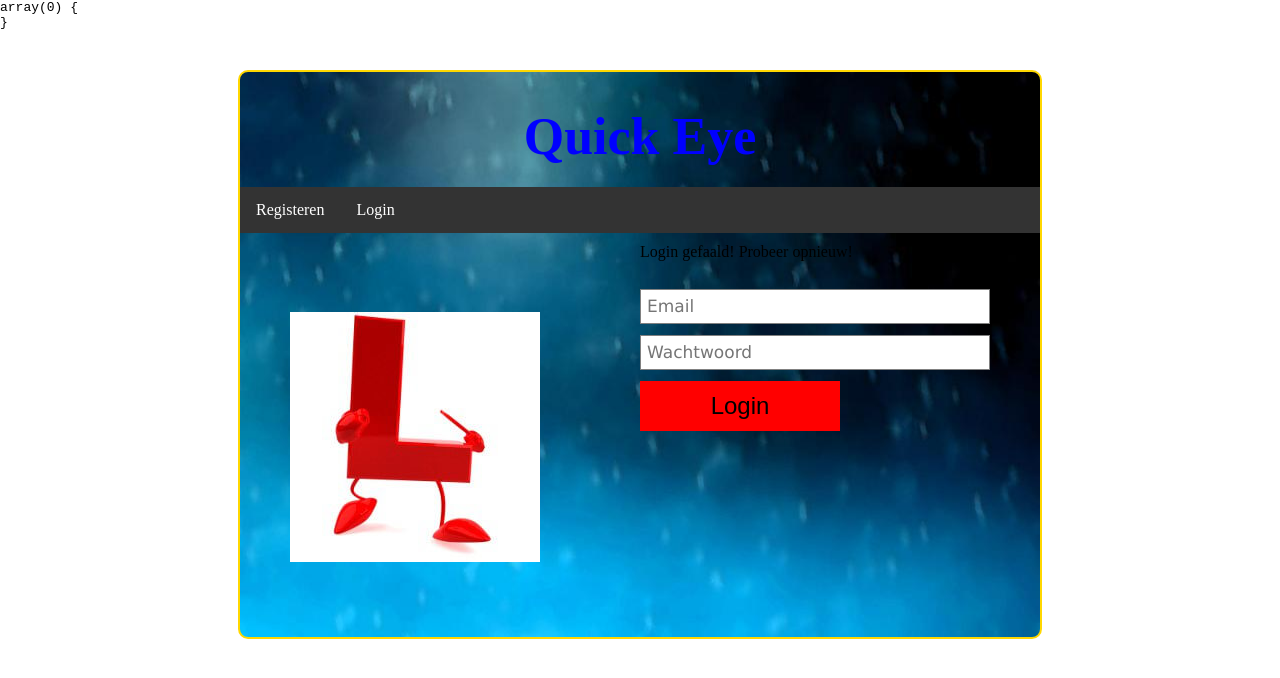
Repository: Julian-4A5A/quickeye
Page: http://localhost/login/Login.php
The author's editor kept a record of every edit. The page is drawn from the files as they stood at one moment, then again after the next edit.
The browser window is 1280 px wide. The pictures show the whole page.
Some web libraries are served in a nearby version. The page is run by PHP 8.4 with error messages shown; the project is at /var/www/html/.

Above is the page before.

### workspace/login/Login.php

<?php
    echo "<pre>";
    var_dump($_POST);
    echo "</pre>";


if(isset($_POST['Login'])) {


    $con = mysqli_connect("localhost", "julianvd000", "", "User");

    $EM = $_POST['Email'];
    $PW = $_POST['Password'];


    $result = $con->query("SELECT * FROM User where Email='$EM'");

    $row = $result->fetch_assoc();

    var_dump($row);





    session_start();

    $_SESSION['Voornaam'] = $row['Fname'];

    header('Location: Account.php');
}
else {

    session_start();
    $_SESSION['LogInFail'] = 'Yes';
}





?>
<!DOCTYPE html>
<html>
    <head>
        <style type="text/css">
            .LeftBody{
                width: 350px;
                float: left;
                height: 400px;
                background-image: url("back2.jpg");
                background-repeat:no-repeat;
                background-position: center;
            }

        </style>
        <link rel="stylesheet" href="Master.css" type="text/css" />
        <link rel="stylesheet" href="Menu.css" type="text/css" />
        <script type="text/javascript" src="http://ajax.googleapis.com/ajax/libs/jquery/1.2.6/jquery.js"></script>
        <title>Login</title>
    </head>
    <body>
        <div class="Container">
            <div class="Header"><h1 class="H1">Quick Eye</h1></div>
            <div class="Menu">
                <nav>
                  <div>
                    <ul>

                      <li><a href="Register.php">Registeren</a></li>
                      <li><a href="Login.php">Login</a></li>
                    </ul>
                  </div>
                </nav>

            </div>
            <div class="LeftBody"></div>
            <div class="RightBody">
                <form action="" method="post" name="Form1" id="Form1">
                    <?php if(isset($_SESSION['LogInFail'])){?>
                     <div class="FormElement">Login gefaald! Probeer opnieuw!</div>
                     <?php }?>
                    <div class="FormElement">
                    <input type="text" name="Email" required="required " class="TField" id="Email" placeholder="Email " />
                    </div>
                    <div class="FormElement">
                    <input type="password" name="Password" required="required " class="TField" id="Password" placeholder="Wachtwoord "/>
                    </div>
                    <div class="FormElement">
                    <input type="submit" type="button" name="Login" value="Login" class="button" id="Login"/>
                    </div>
                </form>
            </div>
            <div class="Footer"></div>



        </div>
    </body>

</html>

### workspace/login/Master.css
body{
    margin:0px;
    padding:0px;
    /*background-image: url("Back.jpg");*/
    background-repeat:no-repeat;
    background-position: center;

}

.Container{
    width: 800px;
    height:auto;
    clear: both;
    overflow: auto;
    margin:40px auto;
    background-color: white;
    border-radius: 10px;
    border: solid 2px #FFD700;
    background-image: url("Background.jpg");
    background-repeat: no-repeat;
    background-position: center;
}
.Header{
    height: 80px;


}
.Menu{
    height: 50px;

}

.RightBody{
    width: 450px;
    float: right;
    height: auto;

}
.FormElement{
    width: 350px;
    margin: 6px auto;
    height: 40px;
}
.TField{
    width: 350px;
    height: 35px;
    border:1px solid gray;
    padding-left:6px ;
    font-family: "Lucida Grande" , "Lucida Sans Unicode", "Lucida Sans", "DejaVu Sans", Verdana, sans-serif;
    font-size:17px;

}
.button{
    width: 200px;
    height: 50px;
    border:0px solid;
    background-color: red;
    font-size: 24px;

}
.button:
    hover{
        background-color: green;
        color:white;
        font-size: 24px;
}
.Footer{
    height: 100px;
}
.H1{
    font-size: 325%;
    color: blue;
    text-align: center;
}

.fileuploadholder {
	width:400px;
	height:200px;
	margin: 60px auto 0px auto;
	background-color:#FFF;
	border:1px solid #CCC;
	padding:6px;
}
#naam{
    width: 90%;
    height: 100px;
    border:solid 1px yellow;
    border-radius: 20px;
    background-color: #FFDFDF;
    margin-left: auto;
    margin-right: auto;
    margin-top: 5px;
    margin-bottom: 2px;
}
#tijd{
    height: 100px;
    width: 90%;
    border:solid 1px yellow;
    border-radius: 20px;
    background-color: #FBFFB3;
    margin-left: auto;
    margin-right: auto;
    margin-top: 5px;
    margin-bottom: 2px;
}
#spel{
    width: 90%;
    height: 700px;
    border:solid 1px yellow;
    border-radius: 20px;
    background-color: #FFF8D4;
    margin-left: auto;
    margin-right: auto;
    margin-top: 5px;
    margin-bottom: 2px;

}

.oefen{
    float: left;
}
.wedstrijd{
    float: left;

}


#quick{
    width:100%;
    height: 100%;
    margin: 5px;
    border:solid 1px black;
}
#spel2{
    border:solid 1px black;
    width:90%;
    height: 90%;

    margin: auto;
}

### workspace/login/Menu.css
ul {
    list-style-type: none;
    margin: 0;
    padding: 0;
    overflow: hidden;
    background-color: #333;
}

li {
    float: left;
}

li a {
    display: block;
    color: white;
    text-align: center;
    padding: 14px 16px;
    text-decoration: none;
}

li a:hover:not(.active) {
    background-color: #111;
}

.active {
    background-color: blue;
}

After the next edit:
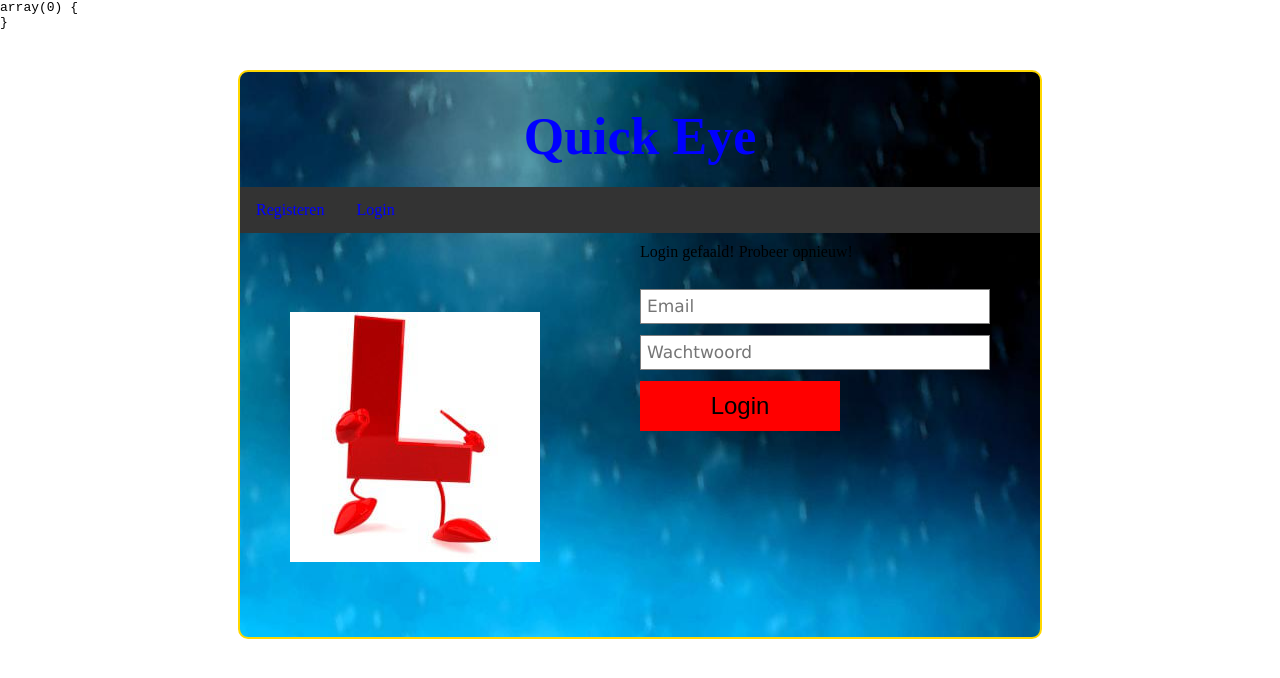
The edit:
--- a/workspace/login/Menu.css
+++ b/workspace/login/Menu.css
@@ -12,7 +12,7 @@ li {
 
 li a {
     display: block;
-    color: white;
+    color: blue;
     text-align: center;
     padding: 14px 16px;
     text-decoration: none;
